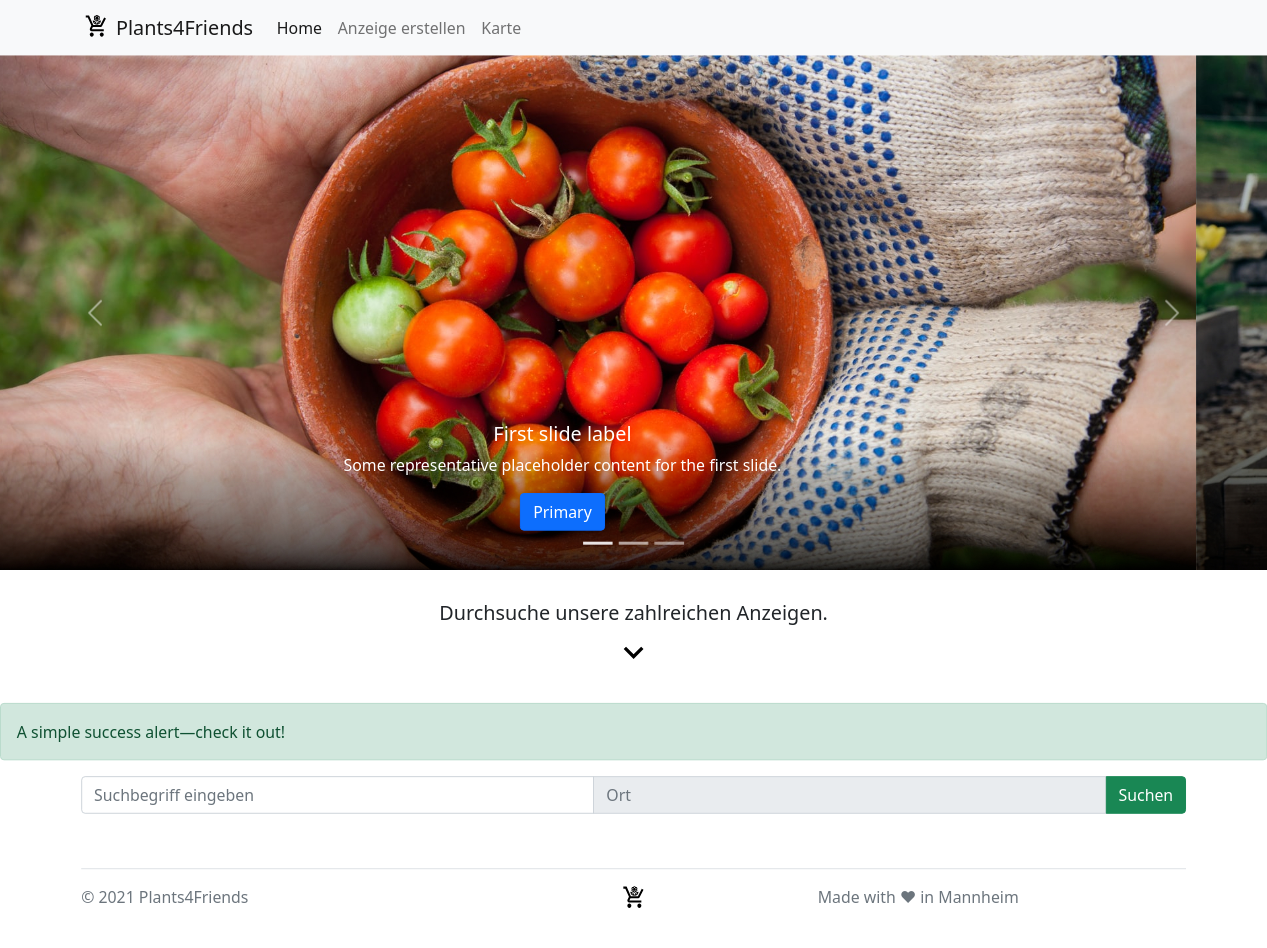
Repository: Carlson43/PlantsForFriends
Page: Website/index.html
The author's editor kept a copy of each file at every save. The page is drawn from the files as they stood at one save, then again after the next save.
The browser window is 1280 px wide. The pictures show the whole page, at 99% of full size.

Above is the page before, as saved 2022-01-13 12:03:03.

After the next save:
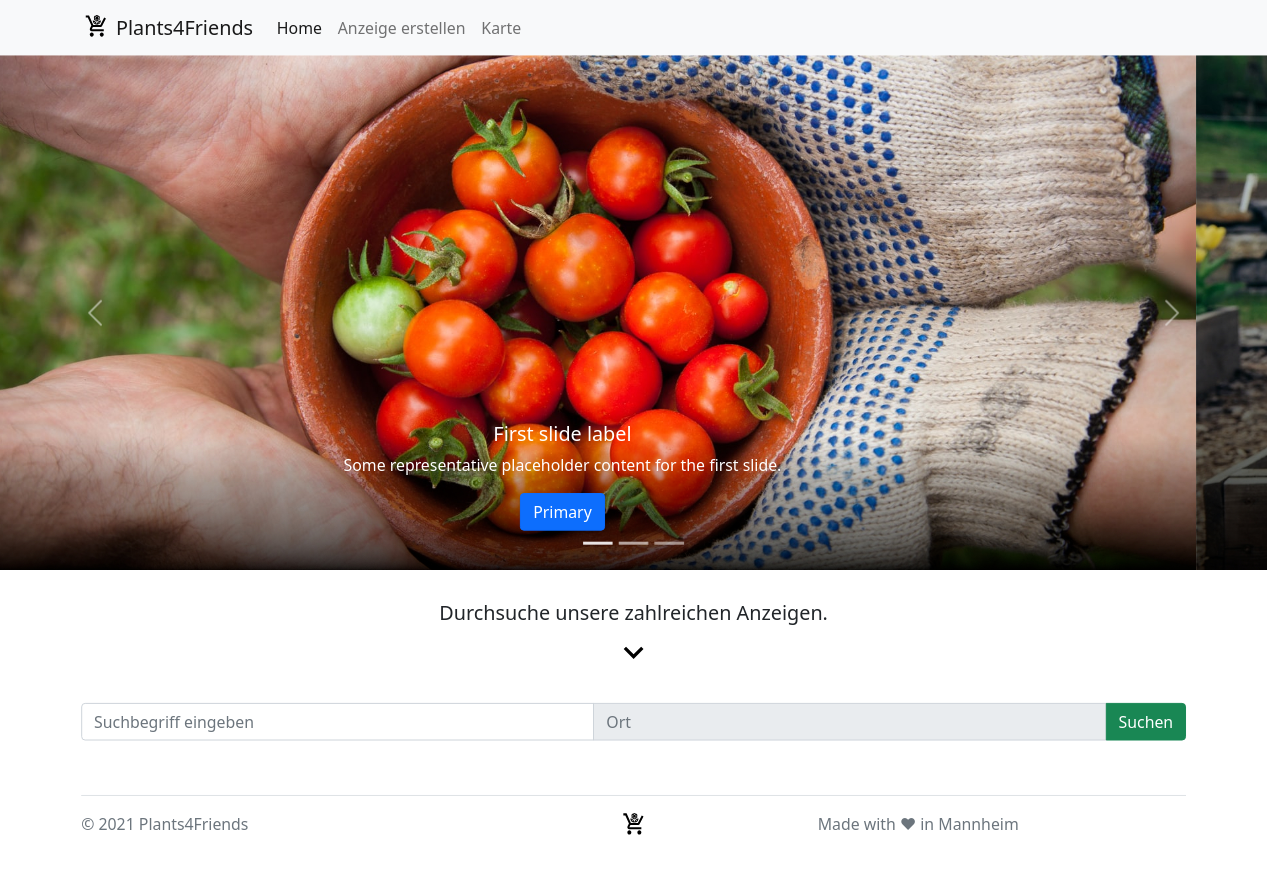
Saved 6 s later.
--- a/Website/index.html
+++ b/Website/index.html
@@ -116,7 +116,7 @@
 
     <div class="h-divider"></div>
 
-    <div class="alert alert-success" role="alert">
+    <div class="alert alert-success" role="alert" hidden>
       A simple success alert—check it out!
     </div>
 
